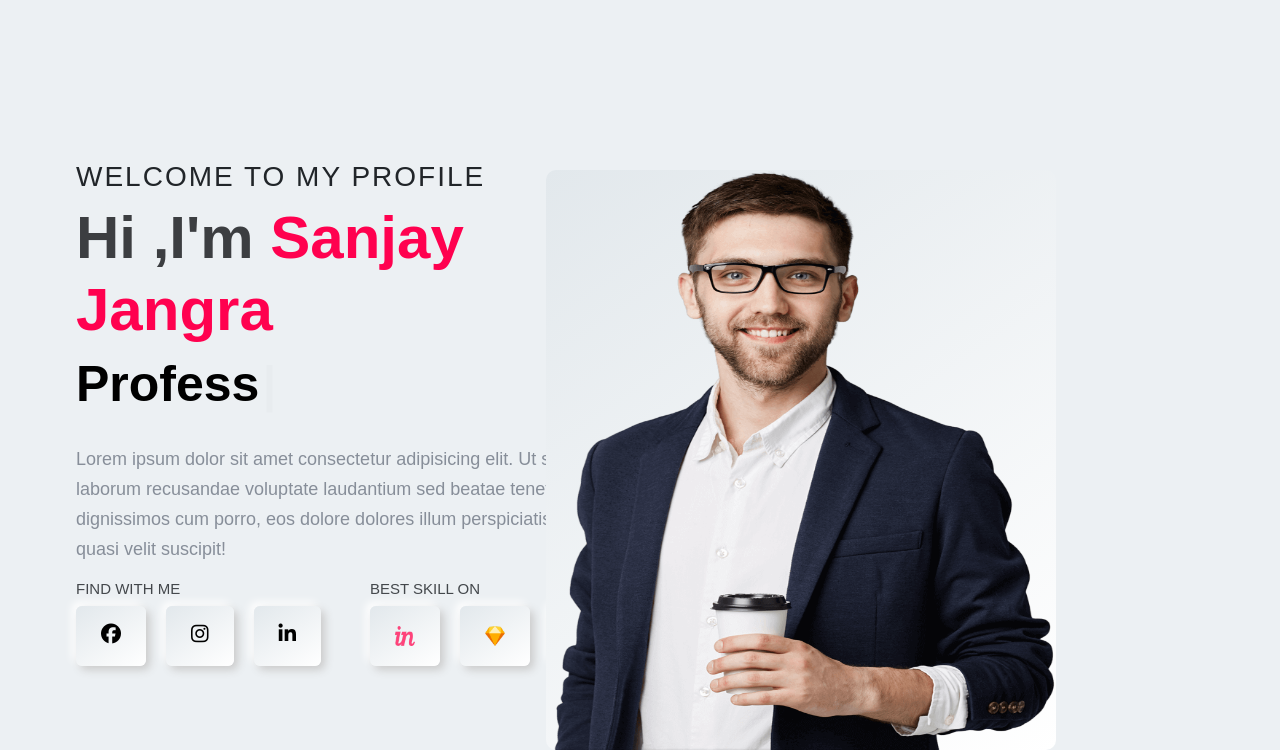
Repository: Sanjayjangra88/PortFolio
Page: /
The author's editor kept a copy of each file at every save. The page is drawn from the files as they stood at one save, then again after the next save.
The browser window is 1280 px wide. The pictures show the whole page.
Some web libraries are served in a nearby version. The project was rebuilt for these pictures with package versions that can differ from the ones it lists, and the page was loaded fresh each time. Also part of the build but not shown: src/Components/Header/Header.jsx.

Above is the page before, as saved 2022-09-10 21:11:44.

### public/index.html
<!DOCTYPE html>
<html lang="en">
  <head>
    <meta charset="utf-8" />
    <link rel="icon" href="%PUBLIC_URL%/favicon.ico" />
    <meta name="viewport" content="width=device-width, initial-scale=1" />
    <meta name="theme-color" content="#000000" />
    <meta
      name="description"
      content="Web site created using create-react-app"
    />
    <link rel="apple-touch-icon" href="%PUBLIC_URL%/logo192.png" />
    <!--
      manifest.json provides metadata used when your web app is installed on a
      user's mobile device or desktop. See https://developers.google.com/web/fundamentals/web-app-manifest/
    -->
    <link rel="manifest" href="%PUBLIC_URL%/manifest.json" />
    <link rel="stylesheet" href="https://cdnjs.cloudflare.com/ajax/libs/font-awesome/6.1.1/css/all.min.css" integrity="sha512-KfkfwYDsLkIlwQp6LFnl8zNdLGxu9YAA1QvwINks4PhcElQSvqcyVLLD9aMhXd13uQjoXtEKNosOWaZqXgel0g==" crossorigin="anonymous" referrerpolicy="no-referrer" />

    <!--
      Notice the use of %PUBLIC_URL% in the tags above.
      It will be replaced with the URL of the `public` folder during the build.
      Only files inside the `public` folder can be referenced from the HTML.

      Unlike "/favicon.ico" or "favicon.ico", "%PUBLIC_URL%/favicon.ico" will
      work correctly both with client-side routing and a non-root public URL.
      Learn how to configure a non-root public URL by running `npm run build`.
    -->

    <link rel="manifest" href="%PUBLIC_URL%/manifest.json" />
    <link href="https://cdn.jsdelivr.net/npm/bootstrap@5.0.2/dist/css/bootstrap.min.css" rel="stylesheet" integrity="sha384-EVSTQN3/azprG1Anm3QDgpJLIm9Nao0Yz1ztcQTwFspd3yD65VohhpuuCOmLASjC" crossorigin="anonymous">
    <title>React App</title>
  </head>
  <body>
    <noscript>You need to enable JavaScript to run this app.</noscript>
    <div id="root"></div>
    <script src="https://kit.fontawesome.com/7578c5a215.js" crossorigin="anonymous"></script>
    <!--
      This HTML file is a template.
      If you open it directly in the browser, you will see an empty page.

      You can add webfonts, meta tags, or analytics to this file.
      The build step will place the bundled scripts into the <body> tag.

      To begin the development, run `npm start` or `yarn start`.
      To create a production bundle, use `npm run build` or `yarn build`.
    -->

    <script src="https://cdn.jsdelivr.net/npm/@popperjs/core@2.9.2/dist/umd/popper.min.js" integrity="sha384-IQsoLXl5PILFhosVNubq5LC7Qb9DXgDA9i+tQ8Zj3iwWAwPtgFTxbJ8NT4GN1R8p" crossorigin="anonymous"></script>
<script src="https://cdn.jsdelivr.net/npm/bootstrap@5.0.2/dist/js/bootstrap.min.js" integrity="sha384-cVKIPhGWiC2Al4u+LWgxfKTRIcfu0JTxR+EQDz/bgldoEyl4H0zUF0QKbrJ0EcQF" crossorigin="anonymous"></script>
  </body>
</html>

### src/App.js
import React from 'react'
import Header from './Components/Header/Header';
import "./App.css"
import Home from './Components/Home/Home';
const App = () => {
  return (
    <>
      {/* <Header/> */}
      <Home/>
    </>
  )
}

export default App

### src/App.css
@import url('https://fonts.googleapis.com/css2?family=Dancing+Script&family=EB+Garamond:ital,wght@1,500&family=Roboto+Slab:wght@300&display=swap');
* {
  padding: 0;
  margin: 0;
  box-sizing: border-box;
}
html {
  scroll-behavior: smooth;
}
body {
  font-family: "Poppins", sans-serif;
  background-color: #ecf0f3;
}
.container {
  max-width: 95%;
  margin: auto;
}
.d_flex {
  display: flex;
  justify-content: space-between;
}
.f_flex {
  display: flex;
}
a {
  text-decoration: none;
  color: black;
}
li {
  list-style: none;
}
.uppercase {
  text-transform: uppercase;
}
.capitalize {
  text-transform: capitalize;
}

button {
  border: none;
  outline: none;
  background-color: none;
}

.btn_shadow {
  padding: 18px 25px;
  border-radius: 6px;
  transition: 0.3s all ease;
  cursor: pointer;
  color: #000;
  transition: 0.5s;
}
.btn_shadow {
  background: linear-gradient(145deg, #e2e8ec, #ffffff);
  box-shadow: 4px 4px 8px #cbcbcb, -4px -4px 8px #ffffff;
}
.btn_shadow:hover {
  background: #ff014f;
  color: white;
  transform: translateY(-10px);
}
.box_shodow {
  background: linear-gradient(145deg, #e2e8ec, #ffffff);
  box-shadow: 4px 4px 8px #cbcbcb, -4px -4px 8px #ffffff;
  border-radius: 10px;
}
.row,
.left,
.right {
  width: 50%;
}
.top {
  margin-top: 80px;
}
.mtop {
  margin-top: 40px;
}
.heading {
  margin: 50px 0 50px 0;
}
.heading h4 {
  color: #ff014f;
  letter-spacing: 2px;
  font-weight: 400;
}
.heading h1 {
  font-size: 60px;
  color: #3c3e41;
}
h1 {
  color: #3c3e41;
}
.grid {
  display: grid;
  grid-template-columns: repeat(3, 1fr);
  grid-gap: 35px;
}
p {
  color: #3c3e41;
}
.text-center {
  text-align: center;
}
.primary_color {
  color: #ff014f;
}
textarea,
input {
  width: 100%;
  padding: 20px;
  border-radius: 5px;
  outline: none;
  border: 3px solid #e2e8ec;
  margin-bottom: 20px;
}
/*----------Footer---------*/
footer {
  margin: 20% 0 10% 0;
}
footer p {
  margin-top: 30px;
}
/*----------Footer---------*/
@media (max-width: 768px) {
  .grid {
    grid-template-columns: repeat(2, 1fr);
  }
  .left,
  .right {
    width: 100%;
  }
  }

### src/Components/Home/Home.jsx
import React from 'react'
import skill1 from '../Pic/skill1.png'
import skill2 from '../Pic/skill2.png'
import skill3 from '../Pic/skill3.png'
import hero from '../Pic/hero.png'
import './home.css'
import { Typewriter} from 'react-simple-typewriter'

const Home = () => {
  return (
    <>
      <section className='hero'id='home'>
        <div className="container f_flex top">
            <div className="left top">
                <h3>WELCOME TO MY PROFILE</h3>
                <h1>Hi ,I'm <span>Sanjay Jangra</span></h1>
                <h2>
                    <span>
                    <Typewriter
            words={['Web Developer', 'Professional Coder']}
            loop
            cursor
            cursorStyle='|'
            typeSpeed={70}
            deleteSpeed={50}
            delaySpeed={1000}
            // onLoopDone={handleDone}
            // onType={handleType}
            />
                        </span></h2>
                        <p>
Lorem ipsum dolor sit amet consectetur adipisicing elit. Ut sint a laborum recusandae voluptate laudantium sed beatae tenetur dignissimos cum porro, eos dolore dolores illum perspiciatis. Vero quasi velit suscipit!
                        </p>
                        <div className='hero_btn d_flex'>
                            <div className="col_1">
                                <h4>FIND WITH ME</h4>
                                <div className="button">
                                    <button className='btn_shadow'>
                                        <i className='fab fa-facebook'></i>
                                    </button>
                                    <button className='btn_shadow'>
                                        <i className='fab fa-instagram'></i>
                                    </button>
                                    <button className='btn_shadow'>
                                        <i className='fab fa-linkedin-in'></i>
                                    </button>
                                </div>
                            </div>
                            <div className="col_1">
                                <h4>BEST SKILL ON</h4>
                                <button className='btn_shadow'>
                                        <img src={skill1}alt=''/>
                                    </button>
                                <button className='btn_shadow'>
                                        <img src={skill2}alt=''/>
                                    </button>
                                <button className='btn_shadow'>
                                        <img src={skill3}alt=''/>
                                    </button>
                            </div>
                        </div>
            </div>
            <div className="right">
                <div className="right_img">
                    <img src={hero}alt=''/>
                </div>
            </div>
        </div>
      </section>
    </>
  )
}

export default Home

### src/Components/Header/header.css

*,
*::after,
*::before{
    box-sizing: border-box;
    padding: 0;
    margin: 0;
}

.html{
    font-size: 62.5%;
}

.navbar input[type="checkbox"],
.navbar .hamburger-lines{
    display: none;
}

.container{
    max-width: 1200px;
    width: 90%;
    margin: auto;
}

.navbar{
    box-shadow: 0px 5px 10px 0px #aaa;
    position: fixed;
    width: 100%;
    background: #FAA7B8;
    color: #000;
    opacity: 0.85;
    z-index: 100;
}

.navbar-container{
    display: flex;
    justify-content: space-between;
    height: 64px;
    align-items: center;
}

.menu-items{
    margin-top: 15px;
    order: 2;
    display: flex;
}
.logo{
    order: 1;
    font-size: 2.3rem;
    margin-bottom: 5px;
}

.menu-items li{
    list-style: none;
    margin-left: 1.5rem;
    font-size: 1.3rem;
}

.navbar a{
    color: #444;
    text-decoration: none;
    font-weight: 500;
    transition: color 0.3s ease-in-out;
}

.navbar a:hover{
    color: #117964;
}
.home-btn:hover {
  background: #ff014f;
  color: white;
}


.home-btn {
  padding: 18px 25px;
  height: 1vh;
  line-height: 1vh;
  font-size: 13px;
  border-radius: 6px;
  transition: 0.3s all ease;
  cursor: pointer;
  height: fit-content;
  color: #ff014f;

}
.home-btn {
  background: linear-gradient(145deg, #e2e8ec, #ffffff);
  box-shadow: 4px 4px 8px #cbcbcb, -4px -4px 8px #ffffff;
}
navbar {
  transition: 0.5s;
  font-size: 13px;
  font-weight: 500;
  letter-spacing: 2px;
}





@media (max-width: 900px){
    .navbar{
        opacity: 0.95;
    }

    .navbar-container input[type="checkbox"],
    .navbar-container .hamburger-lines{
        display: block;
    }

    .navbar-container{
        display: block;
        position: relative;
        height: 64px;
    }

    .navbar-container input[type="checkbox"]{
        position: absolute;
        display: block;
        height: 32px;
        width: 30px;
        top: 20px;
        left: 20px;
        z-index: 5;
        opacity: 0;
        cursor: pointer;
    }

    .navbar-container .hamburger-lines{
        display: block;
        height: 28px;
        width: 35px;
        position: absolute;
        top: 20px;
        left: 20px;
        z-index: 2;
        display: flex;
        flex-direction: column;
        justify-content: space-between;
    }

    .navbar-container .hamburger-lines .line{
        display: block;
        height: 4px;
        width: 100%;
        border-radius: 10px;
        background: #333;
    }

    .navbar-container .hamburger-lines .line1{
        transform-origin: 0% 0%;
        transition: transform 0.3s ease-in-out;
    }

    .navbar-container .hamburger-lines .line2{
        transition: transform 0.2s ease-in-out;
    }

    .navbar-container .hamburger-lines .line3{
        transform-origin: 0% 100%;
        transition: transform 0.3s ease-in-out;
    }

    .navbar .menu-items{
        padding-top: 100px;
        background: #fff;
        height: 100vh;
        max-width: 300px;
        transform: translate(-150%);
        display: flex;
        flex-direction: column;
        margin-left: -40px;
        padding-left: 40px;
        transition: transform 0.5s ease-in-out;
        box-shadow:  5px 0px 10px 0px #aaa;
        overflow: scroll;
    }

    .navbar .menu-items li{
        margin-bottom: 1.8rem;
        font-size: 1.1rem;
        font-weight: 500;
    }

    .logo{
        position: absolute;
        top: 10px;
        right: 15px;
        font-size: 2.5rem;

    }

    .navbar-container input[type="checkbox"]:checked ~ .menu-items{
        transform: translateX(0);
    }

    .navbar-container input[type="checkbox"]:checked ~ .hamburger-lines .line1{
        transform: rotate(45deg);
    }

    .navbar-container input[type="checkbox"]:checked ~ .hamburger-lines .line2{
        transform: scaleY(0);
    }

    .navbar-container input[type="checkbox"]:checked ~ .hamburger-lines .line3{
        transform: rotate(-45deg);
    }
    .home-btn:hover {
      background: #ff014f;
      color: white;

    }


    .home-btn {
      padding: 18px 25px;
      height: 1vh;
      line-height: 1vh;
      font-size: 13px;
      border-radius: 6px;
      transition: 0.3s all ease;
      cursor: pointer;
      height: fit-content;
      color: #ff014f;
      margin-right: 25px;

    }
    .home-btn {
      background: linear-gradient(145deg, #e2e8ec, #ffffff);
      box-shadow: 4px 4px 8px #cbcbcb, -4px -4px 8px #ffffff;
    }

}

@media (max-width: 500px){
    .navbar-container input[type="checkbox"]:checked ~ .logo{
        display: none;
    }
}
.demo{
  height: 300vh;
}

### src/Components/Home/home.css
.hero{
    position: relative;

}
.hero h3{
    font-weight: 100;
    letter-spacing: 2px;
}
.hero h1{
    font-size: 60px;
    font-weight: bold;
}
.hero h1 span{
    color: #ff014f;
}
.hero h2{
    font-size: 50px;
    font-weight: bold;
    color: #ff014f;
}
.hero h2 span{
    color: black;
}
.hero p{
    color:#878e99;
    font-size: 18px;
    line-height: 30px;
    margin-top: 30px;
}
/* .hero_btn{
    <element class="hero_btn">
    Selector Specificity:(0,1,0)
} */

.hero_btn h4{
    font-weight: 500;
    letter-spacing: px;
    color: #43474b;
    font-size: 15px;
    margin: 30pz 0 30px 0;

}
.hero_btn button{
    margin-right: 20px;
}
.hero_btn i{
    font-size: 20px;
}
.hero_btn button img{
    width: 20px;
    height: 20px;
   }
   .hero .left{
    margin-right: 10px;
   }
.hero .right{
    width: 40%;
    position: relative;
    }
.hero .right img{
    background: linear-gradient(145deg ,#e2e8ec , #ffffff);
    box-shadow: 4px 4px 8px #cbcbcb .4ox -4px 8px #ffffff;
    border-radius: 10px;
    height: 580px;
    width: 510px;
    margin-top: 20%;
    margin-left: 80%;
}
.hero .right_img img{
    position: absolute;
    top: 0;
    right: 10%;
    width: 510px;
    margin-left: 50px;
}

Loaded but not shown: src/index.js (common file); src/index.css (common file); src/reportWebVitals.js (common file)

After the next save:
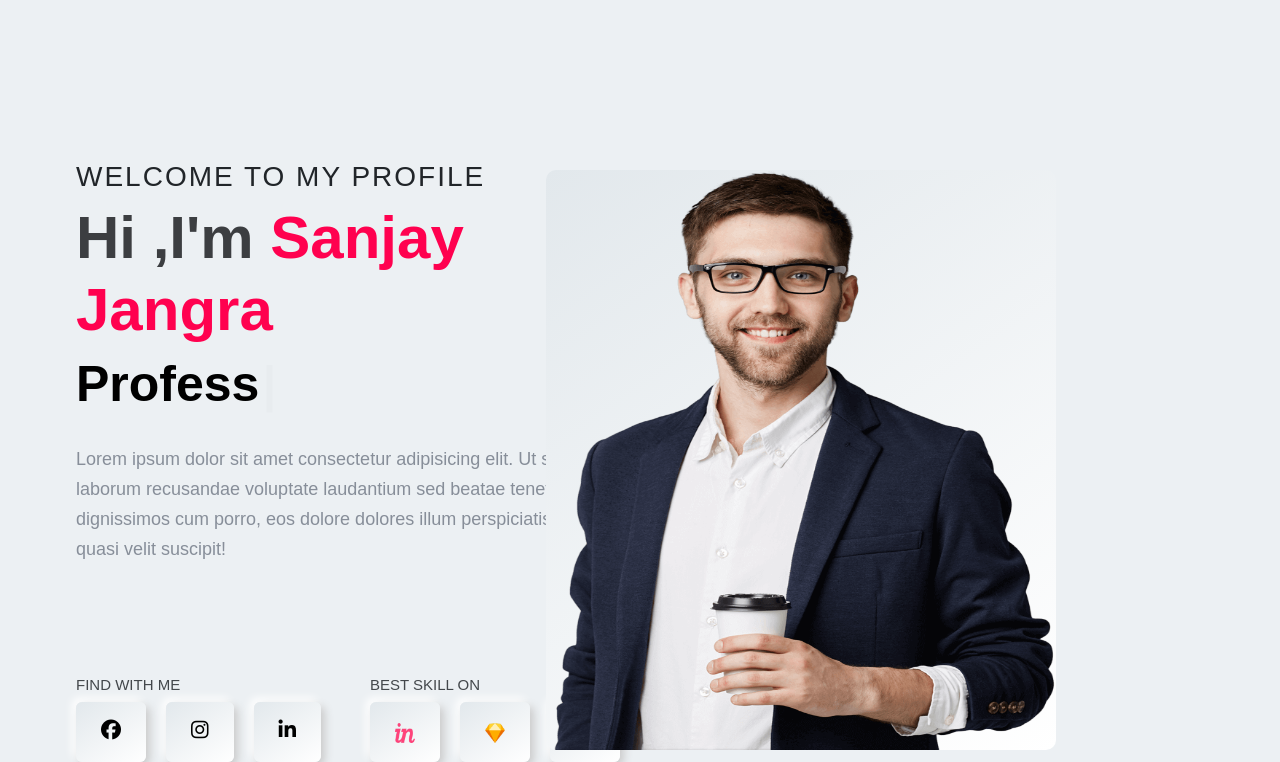
Saved 13 min 17 s later.
--- a/src/Components/Home/home.css
+++ b/src/Components/Home/home.css
@@ -26,6 +26,9 @@
     font-size: 18px;
     line-height: 30px;
     margin-top: 30px;
+}
+.hero_btn{
+    margin-top: 20%;
 }
 /* .hero_btn{
     <element class="hero_btn">
